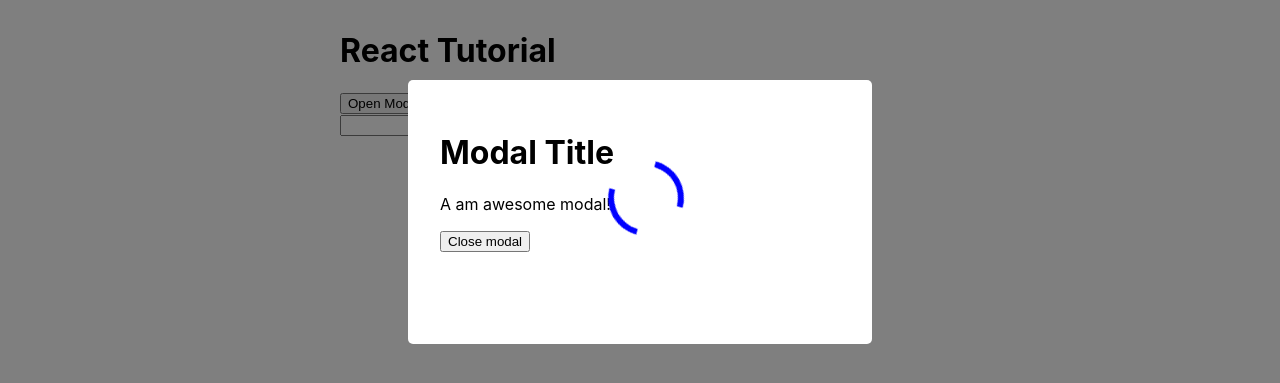
Repository: GregorPiev/rorganizer
Page: /
These files come from the project's save history. The page is drawn as it stood at one moment and after a run of saves; the edit follows.
The browser window is 1280 px wide. The pictures show the whole page.
The page's requests for data from a server got no answer. The project was rebuilt for these pictures with package versions that can differ from the ones it lists, and the page was loaded fresh each time. No one was signed in, and anything a server would have sent is missing. Also part of the build but not shown: src/Todo/TodoList/TodoList.css, src/Todo/TodoItem/TodoItem.js, src/Todo/TodoList/TodoList.js.

Above is the page before, as saved 2020-08-22 16:36:53.

### src/index.css
body {
	margin: 0;
	font-family: -apple-system, BlinkMacSystemFont, 'Segoe UI', 'Roboto', 'Oxygen',
		'Ubuntu', 'Cantarell', 'Fira Sans', 'Droid Sans', 'Helvetica Neue',
		sans-serif;
	-webkit-font-smoothing: antialiased;
	-moz-osx-font-smoothing: grayscale;
}

code {
	font-family: source-code-pro, Menlo, Monaco, Consolas, 'Courier New',
		monospace;
}
.wrapper {
	padding-top: 5px;
	margin: 5px auto;
	width: 600px;
}

### src/App.js
import React, { useEffect } from 'react'
import TodoList from './Todo/TodoList/TodoList'
import Context from './context';
// import AddToDo from './Todo/AddTodo/AddTodo';
import Loader from './Loader/Loader';
import Modal from './Modal/Modal';

const AddTodo = React.lazy(() => import('./Todo/AddTodo/AddTodo.js'))

function App() {
  const [todos, setTodos] = React.useState([])
  const [loading, setLoading] = React.useState(true);
  useEffect(() => {
    fetch('https://jsonplaceholder.typicode.com/todos?_limit=10')
      .then(response => response.json())
      .then(todos => {
        setTodos(todos);
        setLoading(false);
      })
  }, [])
  function toggleTodo(id) {
    console.log('%cid:' + id, 'color: red;')
    setTodos(
      todos.map((todo) => {
        if (todo.id === id) {
          todo.completed = !todo.completed
        }
        return todo
      }),
    )
  }

  function removeTodo(id) {
    setTodos(todos.filter(todo => todo.id !== id));
  }

  function addTodo(title) {
    setTodos(
      todos.concat([
        {
          title: title,
          completed: false,
          id: Date.now()
        }
      ])
    )
  }

  return (
    <Context.Provider value={{ removeTodo: removeTodo }}>
      <div className="wrapper">
        <h1>React Tutorial</h1>
        <Modal />



        <React.Suspense fallback={<p>Loading...</p>}>
          <AddTodo onCreate={addTodo} />
        </React.Suspense>

        {loading
          ? <Loader />
          : todos.length
            ? <TodoList todos={todos} onToggle={toggleTodo} />
            : <p>No todos</p>
        }

      </div>
    </Context.Provider>
  )
}

export default App

### src/context.js
import React from 'react';

const Context = React.createContext();
export default Context;

### src/Loader/Loader.js
import React from 'react';
import './Loader.css';
export default () => <div className="wrapperLoader"><div className="lds-dual-ring" /></div>

### src/Modal/Modal.js
import React from 'react';
import './Modal.css';

export default class Modal extends React.Component {
    render() {
        return (
            <React.Fragment>
                <button>Open Modal</button>

                <div className="modal">
                    <div className="modal-body">
                        <h1>Modal Title</h1>
                        <p>A am awesome modal!</p>

                        <button>Close modal</button>
                    </div>
                </div>


            </React.Fragment>
        )
    }
}

### src/Todo/AddTodo/AddTodo.js
import React, { useState } from 'react';
import PropTypes from 'prop-types';
import './AddTodo.css';

function useInputValue(defaultValue = '') {
    const [value, setValue] = useState(defaultValue);

    return {
        bind: {
            value: value,
            onChange: event => setValue(event.target.value)
        },
        clear: () => setValue(''),
        value: () => value

    }
}
function AddToDo({ onCreate }) {
    const input = useInputValue('');

    function handlerSubmit($event) {
        $event.preventDefault();
        if (input.value().trim()) {
            onCreate(input.value());
            input.clear()
        }

    }

    return (
        <form className="add_todo" onSubmit={handlerSubmit}>
            <input {...input.bind} />
            <button type="submit">Add todo</button>
        </form>
    )
}

AddToDo.propTypes = {
    onCreate: PropTypes.func.isRequired
}
export default AddToDo;

### src/Loader/Loader.css
.lds-dual-ring {
  display: inline-block;
  width: 80px;
  height: 80px;
}
.lds-dual-ring:after {
  content: ' ';
  display: block;
  width: 64px;
  height: 64px;
  margin: 8px;
  border-radius: 50%;
  border: 6px solid blue;
  border-color: blue transparent blue transparent;
  animation: lds-dual-ring 1.2s linear infinite;
}
@keyframes lds-dual-ring {
  0% {
    transform: rotate(0deg);
  }
  100% {
    transform: rotate(360deg);
  }
}
.wrapperLoader {
  display: flex;
  justify-content: center;
  margin: 0.5rem;
}

### src/Modal/Modal.css
.modal {
  position: fixed;
  top: 0;
  right: 0;
  bottom: 0;
  left: 0;
  background: rgba(0, 0, 0, 0.5);
  display: flex;
  justify-content: center;
  padding-top: 5rem;
}

.modal-body {
  padding: 2rem;
  width: 400px;
  border-radius: 5px;
  background: #ffffff;
  height: 200px;
}

### src/Todo/AddTodo/AddTodo.css
.add_todo {
    margin-bottom: 1rem;
}

### src/Todo/TodoItem/TodoItem.css
li {
  display: flex;
  justify-content: space-between;
  align-items: center;
  padding: 0.5rem 1rem;
  border: 1px solid #cccccc;
  border-radius: 4px;
  margin-bottom: 0.5rem;
}
input {
  margin-right: 1rem;
}
.rb {
  background: #f00;
  border-radius: 50%;
  color: #ffffff;
  border: none;
}
.done {
  text-decoration: line-through;
}

Loaded but not shown: public/index.html (common file); src/index.js (common file); src/serviceWorker.js (common file)

After the next 2 saves:
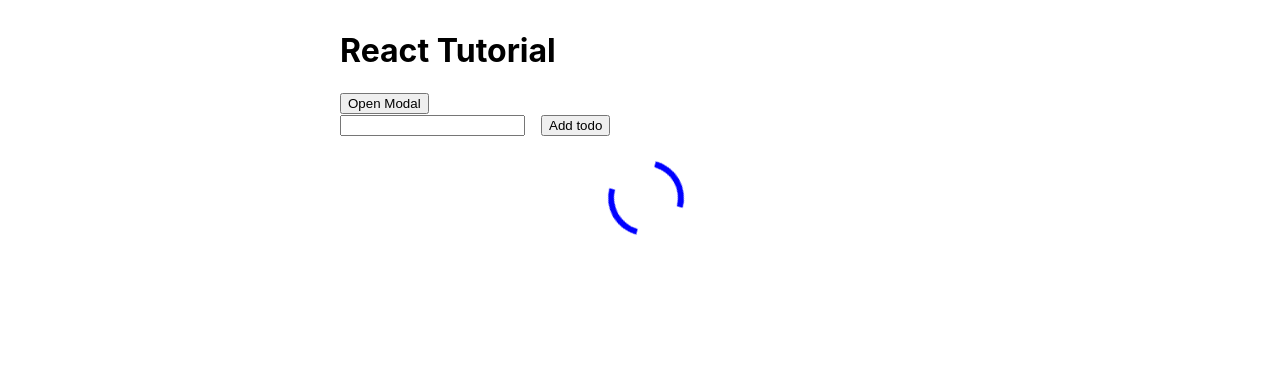
The 2 saves are shown as one change because 1 did not build or start.
The last was saved 6 min 4 s later.
--- a/src/Modal/Modal.js
+++ b/src/Modal/Modal.js
@@ -2,19 +2,24 @@ import React from 'react';
 import './Modal.css';
 
 export default class Modal extends React.Component {
+    state = {
+        isOpen: false
+    };
     render() {
         return (
             <React.Fragment>
                 <button>Open Modal</button>
 
-                <div className="modal">
-                    <div className="modal-body">
-                        <h1>Modal Title</h1>
-                        <p>A am awesome modal!</p>
+                {this.state.isOpen &&
+                    <div className="modal">
+                        <div className="modal-body">
+                            <h1>Modal Title</h1>
+                            <p>A am awesome modal!</p>
 
-                        <button>Close modal</button>
-                    </div>
-                </div>
+                            <button>Close modal</button>
+                        </div>
+
+                    </div>}
 
 
             </React.Fragment>
